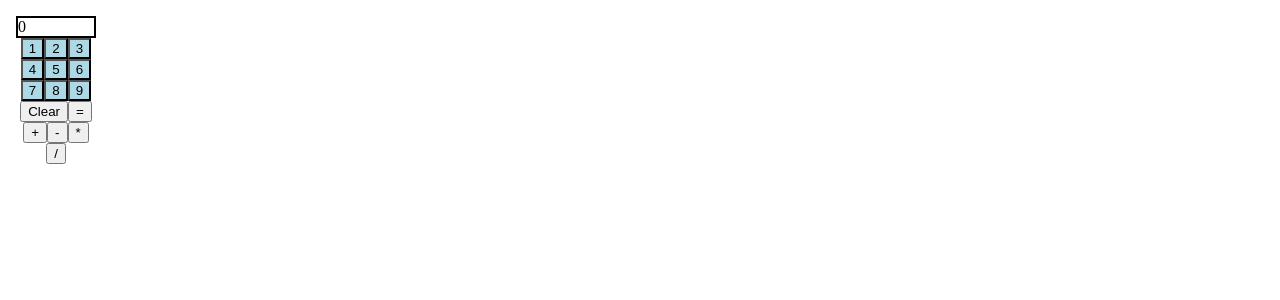
Repository: weazzyefff/Calculator-App
Page: index.html
The author's editor kept a copy of each file at every save. The page is drawn from the files as they stood at one save, then again after the next save.
The browser window is 1280 px wide. The pictures show the whole page.

Above is the page before, as saved 2022-12-16 22:00:20.

### index.html
<!DOCTYPE html>
<html>
<head>
	<meta charset="utf-8">
	<meta name="viewport" content="width=device-width, initial-scale=1">
	<title>Calculator App</title>
    <link rel="stylesheet" href="style.css">
    <script src="script.js" defer></script>
</head>
<body>
    <div class="container">
        <div class="display">0</div>
        <button type ="input" class="numbtn" id="1">1</button>
        <button type ="input" class="numbtn" id="2">2</button>
        <button type ="input" class="numbtn" id="3">3</button>
        <button type ="input" class="numbtn" id="4">4</button>
        <button type ="input" class="numbtn" id="5">5</button>
        <button type ="input" class="numbtn" id="6">6</button>
        <button type ="input" class="numbtn" id="7">7</button>
        <button type ="input" class="numbtn" id="8">8</button>
        <button type ="input" class="numbtn" id="9">9</button>
        <button type ="input" id="clear">Clear</button>
        <button type ="input" id="=">=</button>
        <button type ="input" id="+">+</button>
        <button type = "input" id="-">-</button>
        <button type = "input" id="*">*</button>
        <button type = "input" id="/">/</button>
    </div>


</body>
</html>

### style.css
.container {
    width: 80px;
    display: flex;
    flex-wrap: wrap;
    align-items: center;
    justify-content: center;
    padding: 8px;

}
.display {
    border: 2px solid black;
    width: 200px;
}
.numbtn {
    background-color: lightblue;
}

### script.js
//Global variables
displayValue = 0;

// Main functions
const add = (...args) => args.reduce((a, b) => a + b);

const subtract = (...args) => args.reduce((a, b) => a - b);

const multiply = (...args) => args.reduce((a, b) => a * b);

const divide = (...args) => args.reduce((a, b) => a / b);

const operate = (operator, a, b) => {
    switch (operator) {

        case '+':
            return add(a,b);

        case '-':
            return subtract(a,b);

        case '*':
            return multiply(a,b);

        case '/':
            return divide(a,b);

        default: console.log('Please enter a valid operator');
    }
}


const one = document.getElementById("1");
one.addEventListener("click", (e) => {
    document.querySelector(".display").innerHTML = 1;
    displayValue = 1;
});
const two = document.getElementById("2");
two.addEventListener("click", (e) => {
    document.querySelector(".display").innerHTML = 2;
    displayValue = 2;
});
const three = document.getElementById("3");
three.addEventListener("click", (e) => {
    document.querySelector(".display").innerHTML = 3;
    displayValue = 3;
});
const four = document.getElementById("4");
four.addEventListener("click", (e) => {
    document.querySelector(".display").innerHTML = 4;
    displayValue = 4;
});
const five = document.getElementById("5");
five.addEventListener("click", (e) => {
    document.querySelector(".display").innerHTML = 5;
    displayValue = 5;
});
const six = document.getElementById("6");
six.addEventListener("click", (e) => {
    document.querySelector(".display").innerHTML = 6;
    displayValue = 6;
});
const seven = document.getElementById("7");
seven.addEventListener("click", (e) => {
    document.querySelector(".display").innerHTML = 7;
    displayValue = 7;
});
const eight = document.getElementById("8");
eight.addEventListener("click", (e) => {
    document.querySelector(".display").innerHTML = 8;
    displayValue = 8;
});
const nine = document.getElementById("9");
nine.addEventListener("click", (e) => {
    document.querySelector(".display").innerHTML = 9;
    displayValue = 9;
});
const clear = document.getElementById("clear");
clear.addEventListener("click", (e) => {
    document.querySelector(".display").innerHTML = "0";
    displayValue = 0;
});
const addSign = document.getElementById("+");
addSign.addEventListener("click", (e) => {
  add();
});
const subtractSign = document.getElementById("-");
subtractSign.addEventListener("click", (e) => {
  subtract();
});
const multiplySign = document.getElementById("*");
addSign.addEventListener("click", (e) => {
  multiply();
});
const divideSign = document.getElementById("/");
addSign.addEventListener("click", (e) => {
  divide();
});
const equals = document.getElementById("=");
equals.addEventListener("click", (e) => {
  operate();
});


//console.log(operate('+',10, 5)); <<working

After the next save:
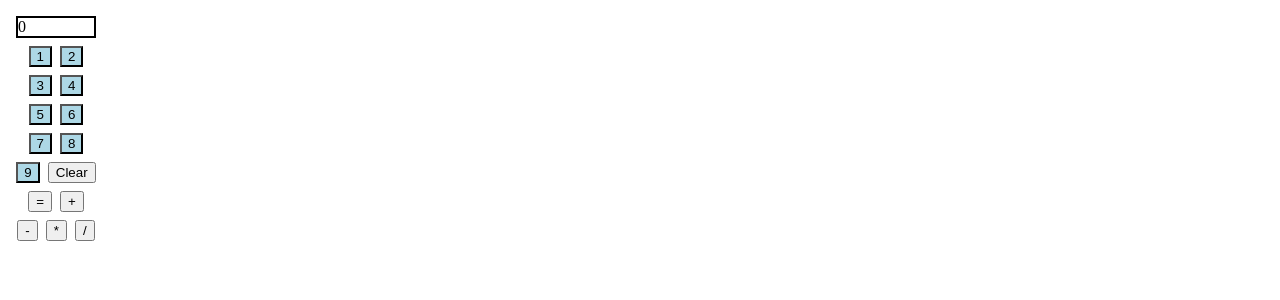
Saved 9 s later.
--- a/style.css
+++ b/style.css
@@ -5,6 +5,7 @@
     align-items: center;
     justify-content: center;
     padding: 8px;
+    gap: 8px;
 
 }
 .display {
